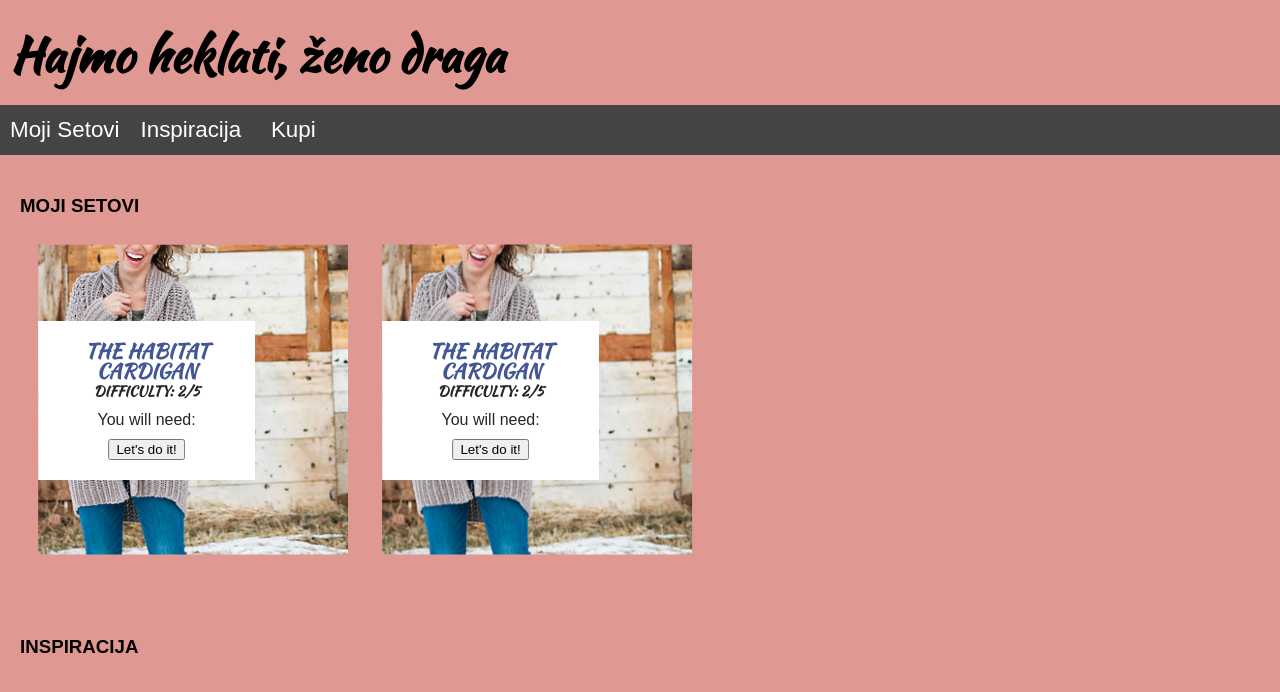
Repository: sdnc/Heklamo
Page: index.html
These files come from the project's save history. The page is drawn as it stood at one moment and after the next save; the edit follows.
The browser window is 1280 px wide. The pictures show the whole page.

Above is the page before, as saved 2020-12-24 14:55:37.
Console error: ReferenceError: $ is not defined

After the next save:
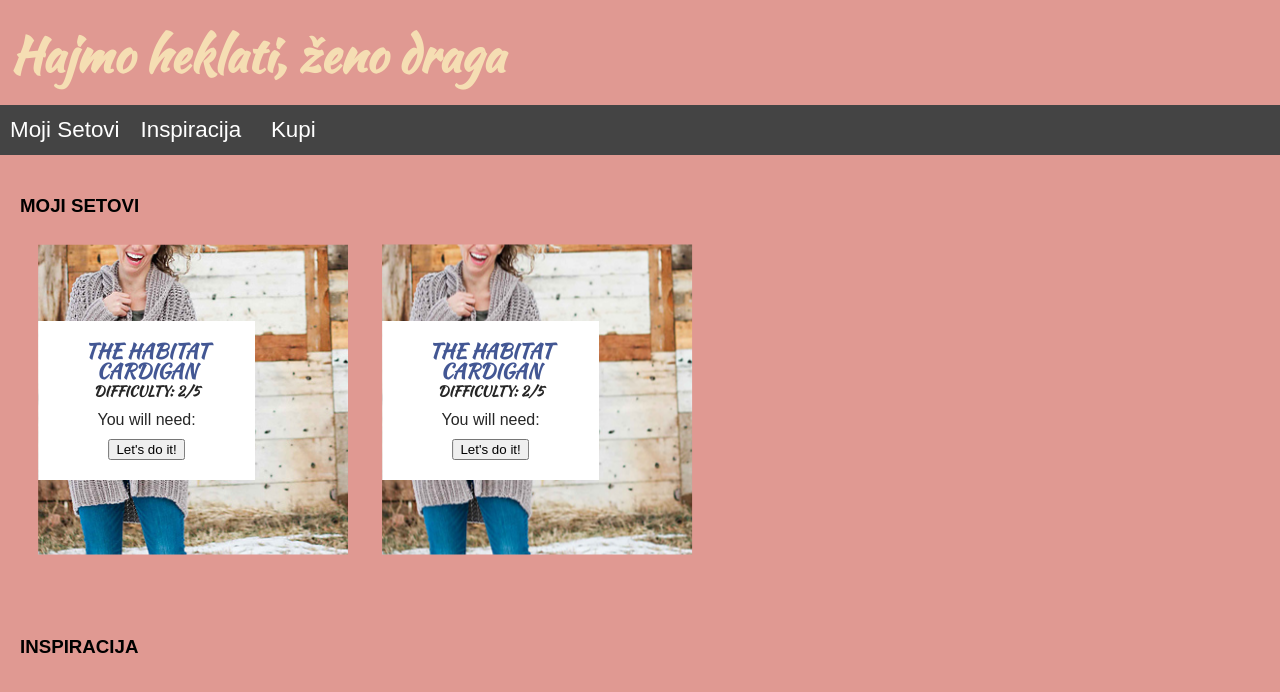
Saved 9 s later.
--- a/styles.css
+++ b/styles.css
@@ -13,6 +13,7 @@ h1 {
   font-family: "Kaushan Script", sans-serif;
   font-size: 48;
   margin: 20px 0 15px 10px;
+  color: wheat;
 }
 /* NAV BAR */
 
